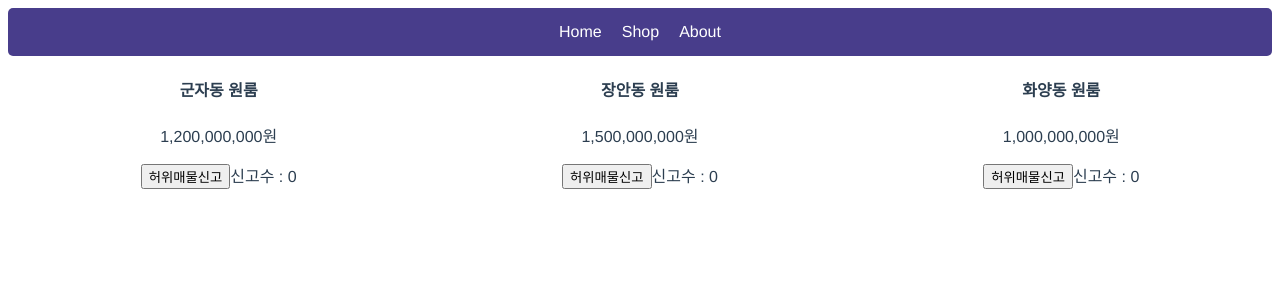
Repository: jy0813/Function
Page: / (app in function/)
An editor plug-in stored every save of this project. The page is shown before and after the next save, followed by the edit.
The browser window is 1280 px wide. The pictures show the whole page.
The project was rebuilt for these pictures with package versions that can differ from the ones it lists, and the page was loaded fresh each time.

Above is the page before, as saved 2022-02-23 16:25:23.

After the next save:
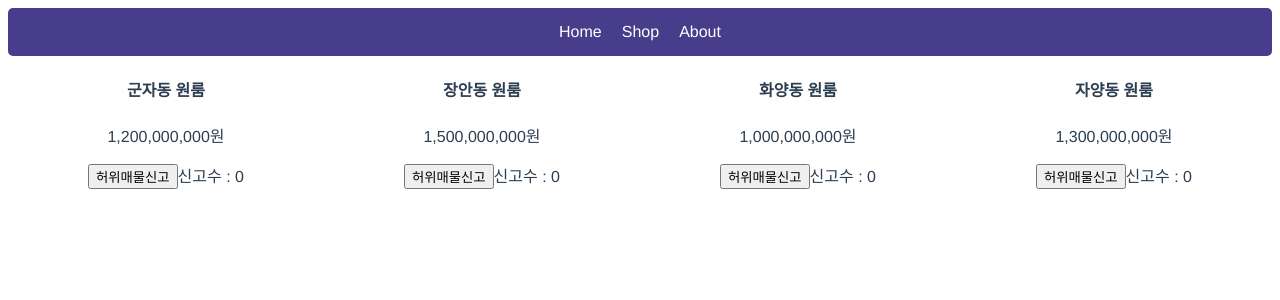
Saved 17 s later.
--- a/function/src/App.vue
+++ b/function/src/App.vue
@@ -34,6 +34,11 @@ export default {
         {
           address:'화양동 원룸',
           price:'1000000000',
+          report:0,
+        },
+        {
+          address:'자양동 원룸',
+          price:'1300000000',
           report:0,
         }
       ],
